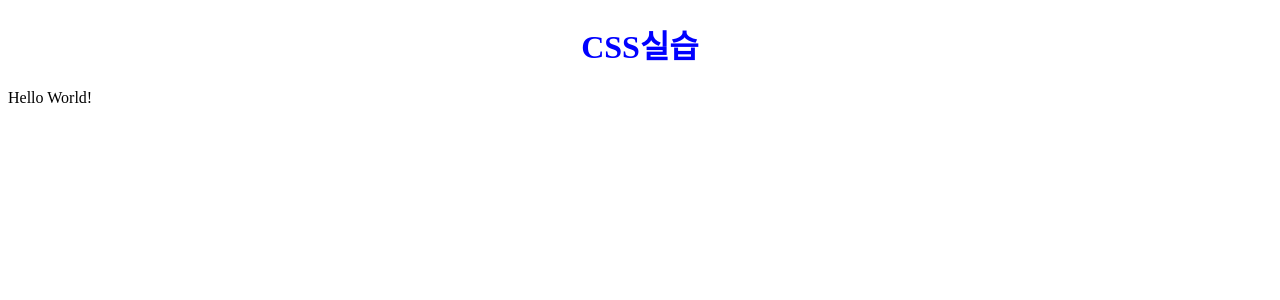
Repository: ashojm/WebWork
Page: Web/first.html
The author's editor kept a copy of each file at every save. The page is drawn from the files as they stood at one save, then again after the next save.
The browser window is 1280 px wide. The pictures show the whole page.

Above is the page before, as saved 2015-11-12 16:00:15.

After the next save:
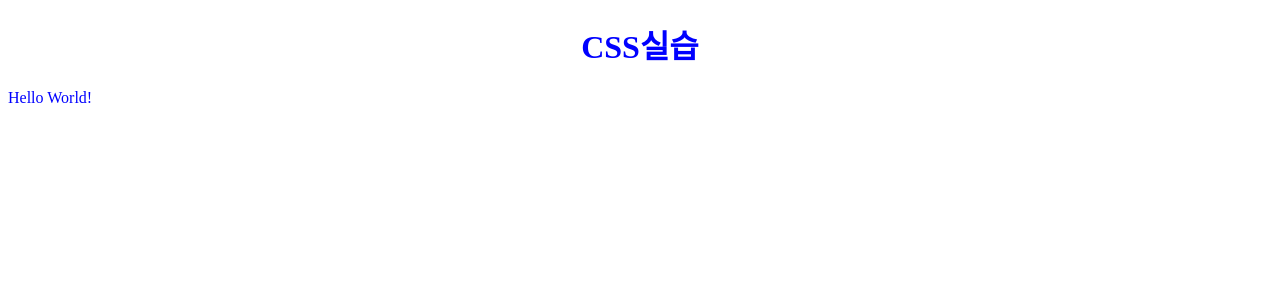
Saved 56 s later.
--- a/Web/first.html
+++ b/Web/first.html
@@ -2,7 +2,7 @@
 <html>
 	<head>
 		<meta charset="UTF-8">
-		<link rel="css/base.css"/>
+		<link rel="stylesheet" href="./css/base.css"/>
 		<style>
 			h1{color:blue;text-align:center}
 		</style>
